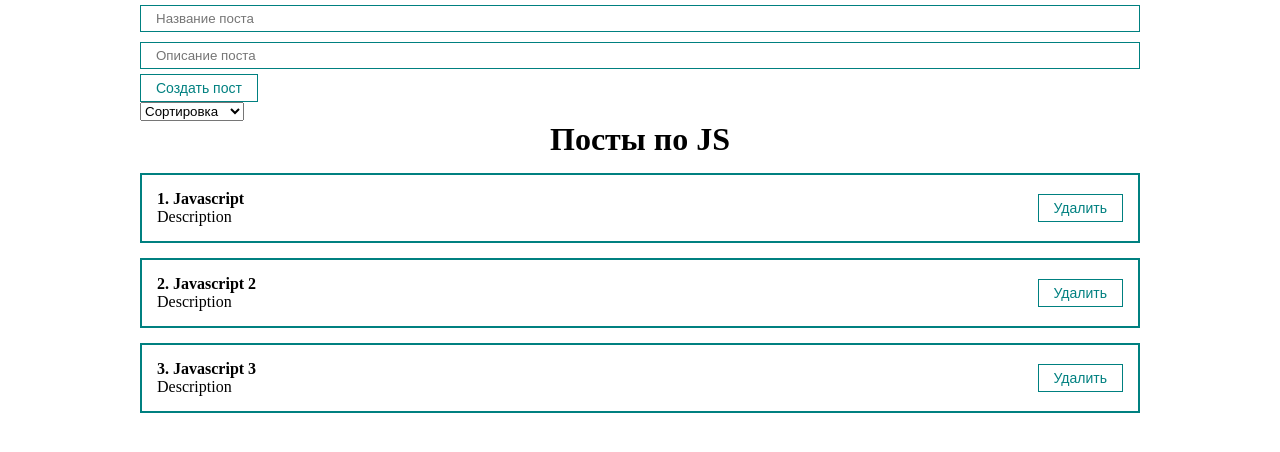
Repository: otvertka/ulb
Page: /
An editor plug-in stored every save of this project. The page is shown before and after the next save, followed by the edit.
The browser window is 1280 px wide. The pictures show the whole page.
The project was rebuilt for these pictures with package versions that can differ from the ones it lists, and the page was loaded fresh each time. Also part of the build but not shown: src/components/Counter.jsx, src/components/ClassCounter.jsx.

Above is the page before, as saved 2023-06-12 12:03:23.

After the next save:
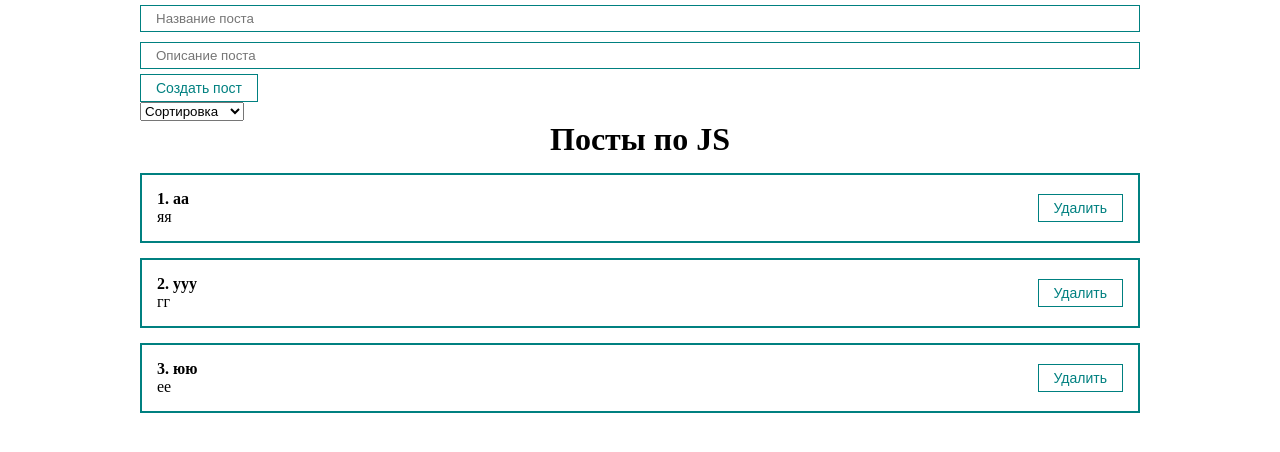
Saved 18 min 5 s later.
--- a/src/App.js
+++ b/src/App.js
@@ -12,9 +12,9 @@ import MySelect from "./components/UI/select/MySelect";
 
 function App() {
   const [posts, setPosts] = useState([
-    { id: 1, title: "Javascript", body: "Description" },
-    { id: 2, title: "Javascript 2", body: "Description" },
-    { id: 3, title: "Javascript 3", body: "Description" },
+    { id: 1, title: "aa", body: "яя" },
+    { id: 2, title: "ууу", body: "гг" },
+    { id: 3, title: "юю", body: "ее" },
   ]);
 
   const [selectedSort, setSelectedSort] = useState("");
@@ -30,6 +30,8 @@ function App() {
 
   const sortPosts = (sort) => {
     setSelectedSort(sort);
+
+    setPosts([...posts].sort((a, b) => a[sort].localeCompare(b[sort]))); // развернём Посты в новый массив и мутируем его
     console.log(sort);
   };
   // импортируем компонент
